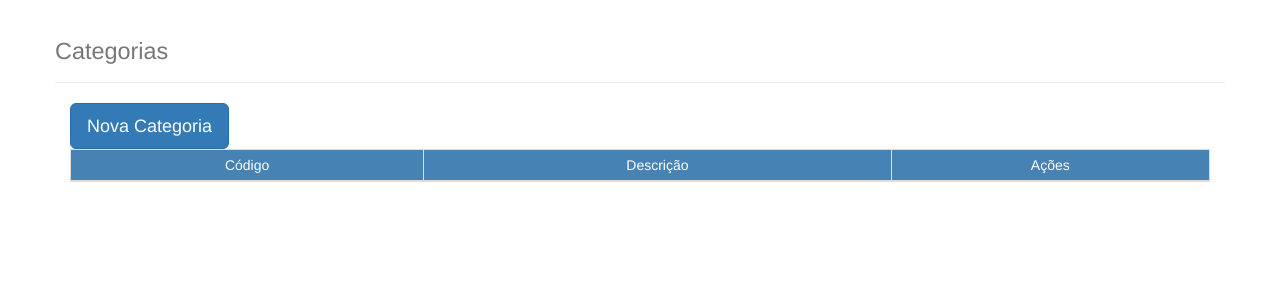
Repository: stefanyco/biblioteca
Page: http://localhost/Biblioteca/categoriaListar.jsp
An editor plug-in stored every save of this project. The page is shown before and after the next save, followed by the edit.
The browser window is 1280 px wide. The pictures show the whole page.
The page is served by Tomcat 9. Other server files are loaded and not shown. Queries for data that is not in the repository find no rows.

Above is the page before, as saved 2016-11-13 13:01:56.

### Sistema Biblioteca/Biblioteca/WebContent/categoriaListar.jsp
<%@page import="biblioteca.dao.CategoriaDAO"%>
<%@page import="biblioteca.entities.Categoria"%>
<%@page import="java.util.List"%>
<%@ page language="java" contentType="text/html; charset=ISO-8859-1"
	pageEncoding="ISO-8859-1"%>
<!DOCTYPE html PUBLIC "-//W3C//DTD HTML 4.01 Transitional//EN" "http://www.w3.org/TR/html4/loose.dtd">
<html>
<head>
<meta http-equiv="Content-Type" content="text/html; charset=ISO-8859-1">
<link href="bootstrap.min.css" rel="stylesheet">
<title>*** Categorias ***</title>
</head>
<body>
	<div class="container">
		<div class="row">
			<div class="page-header">
				<h1>
					<small>Categorias</small>
				</h1>
			</div>
			<div class="col-xs-12">
				<div class="table-responsive">
				<a href="categoriaAdicionar.jsp" class="btn btn-primary btn-lg">Nova Categoria</a>
					<table
						class="table table-bordered table-striped table-hover table-condensed">
						<thead>
							<tr style="color: white" bgcolor="SteelBlue" align="center">
								<td>Código</td>
								<td>Descrição</td>
								<td colspan="2">Ações</td>
							</tr>
						</thead>
						<%
							CategoriaDAO dao = new CategoriaDAO();
							List<Categoria> categorias = dao.listarTodos();

							for (Categoria categoria: categorias){


						%>
						<tbody>
							<tr>
								<td align="center"><%=categoria.getIdCategoria() %></td>
								<td><%=categoria.getNome() %></td>
								<td><a href="categoria?acao=editar&id=<%=categoria.getIdCategoria() %>">Alterar</a></td>
								<td>
									<a href="categoria?acao=remover&id=<%=categoria.getIdCategoria() %>">Remover</a>
								</td>
							</tr>
						</tbody>
						<%
							}
						%>
					</table>
				</div>
			</div>
		</div>
	</div>
</body>
</html>

### Sistema Biblioteca/Biblioteca/src/biblioteca/dao/GenericDAO.java
package biblioteca.dao;

import java.util.List;

public interface GenericDAO <T>{

	void inserir(T obj);
	void alterar(T obj);
	void deletar(Integer id);

	List<T> listarTodos() throws Exception;
	T buscarPorId(Integer id);
	List<T> buscaLike(String param);

}

### Sistema Biblioteca/Biblioteca/src/biblioteca/dao/CategoriaDAO.java
package biblioteca.dao;

import java.sql.Connection;
import java.sql.PreparedStatement;
import java.sql.ResultSet;
import java.util.ArrayList;
import java.util.List;
import biblioteca.config.Factory;
import biblioteca.entities.Categoria;

public class CategoriaDAO implements GenericDAO<Categoria>  {

	Connection connection;

	public CategoriaDAO() throws Exception {
		this.connection = new Factory().getConnection();
	}

	@Override
	public void inserir(Categoria categoria) {
		try
		{
			String sql = "INSERT INTO TB_CATEGORIA" + "(NOME)" + " VALUES (?)";

			PreparedStatement statement = connection.prepareStatement(sql);
			statement.setString(1, categoria.getNome());

			statement.execute();
			statement.close();
		}
		catch (Exception e) {
			e.printStackTrace();
		}
	}

	@Override
	public void alterar(Categoria categoria) {
		try
		{
			String sql = "UPDATE  TB_CATEGORIA "
					+ " SET NOME = ? "
					+ " WHERE ID_CATEGORIA = ? ";

			PreparedStatement statement = connection.prepareStatement(sql);
			statement.setString(1, categoria.getNome());
			statement.setInt(2, categoria.getIdCategoria());

			statement.execute();
			statement.close();
		}
		catch (Exception e) {
			e.printStackTrace();
		}
	}

	@Override
	public void deletar(Integer id) {
		try
		{
			String sql = "DELETE FROM  TB_CATEGORIA "
					+ " WHERE ID_CATEGORIA = ?";

			PreparedStatement statement = connection.prepareStatement(sql);
			statement.setInt(1, id);

			statement.execute();
			statement.close();
		}
		catch (Exception e) {
			e.printStackTrace();
		}

	}

	@Override
	public List<Categoria> listarTodos() {
		List<Categoria> listaCategorias = new ArrayList<Categoria>();

		try
		{
			String sql = "SELECT * FROM TB_CATEGORIA";

			PreparedStatement statement = connection.prepareStatement(sql);
			ResultSet resultSet = statement.executeQuery();

			while (resultSet.next()) {
				Categoria cat = new Categoria();

				cat.setIdCategoria(resultSet.getInt("ID_CATEGORIA"));
				cat.setNome(resultSet.getString("NOME"));

				listaCategorias.add(cat);

			}

			resultSet.close();
			statement.close();

		}
		catch (Exception e) {
			e.printStackTrace();
		}
		return listaCategorias;
	}

	@Override
	public Categoria buscarPorId(Integer id) {
		Categoria cat = null;

		try
		{
			String sql = "SELECT * FROM TB_CATEGORIA "
					+ " WHERE ID_CATEGORIA = ?";

			PreparedStatement statement = connection.prepareStatement(sql);
			statement.setInt(1, id);

			ResultSet resultSet = statement.executeQuery();

			if (resultSet.next()) {
				cat = new Categoria();

				cat.setIdCategoria(resultSet.getInt("ID_CATEGORIA"));
				cat.setNome(resultSet.getString("NOME"));
			}

			statement.execute();
			statement.close();
			resultSet.close();
		}
		catch (Exception e) {
			e.printStackTrace();
		}

		return cat;
	}

	@Override
	public List<Categoria> buscaLike(String param) {
		List<Categoria> listaCategorias = new ArrayList<Categoria>();

		try
		{
			String sql = "SELECT * FROM TB_CATEGORIA "
					+ " WHERE NOME LIKE ?%";

			PreparedStatement statement = connection.prepareStatement(sql);
			statement.setString(1, param);
			ResultSet resultSet = statement.executeQuery();

			while (resultSet.next()) {
				Categoria cat = new Categoria();

				cat.setIdCategoria(resultSet.getInt("ID_CATEGORIA"));
				cat.setNome(resultSet.getString("NOME"));

				listaCategorias.add(cat);

			}

			resultSet.close();
			statement.close();

		}
		catch (Exception e) {
			e.printStackTrace();
		}
		return listaCategorias;
	}



}

### Sistema Biblioteca/Biblioteca/src/biblioteca/config/Factory.java
package biblioteca.config;


import java.sql.Connection;
import java.sql.DriverManager;
import java.sql.SQLException;

public class Factory {

	public Connection getConnection() throws SQLException, Exception{
		Class.forName("com.mysql.jdbc.Driver");

		Connection connection = DriverManager.getConnection("jdbc:mysql://localhost/DB_BIBLIOTECA", "root", "1234");
		return connection;
	}

}

Loaded but not shown: Sistema Biblioteca/Biblioteca/WebContent/bootstrap.min.css (library)

After the next save:
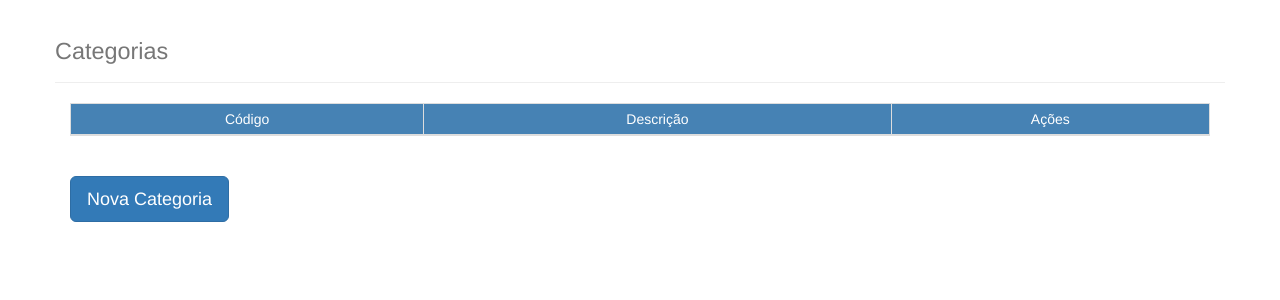
Saved 92 s later.
--- a/Sistema Biblioteca/Biblioteca/WebContent/categoriaListar.jsp
+++ b/Sistema Biblioteca/Biblioteca/WebContent/categoriaListar.jsp
@@ -20,7 +20,6 @@
 			</div>
 			<div class="col-xs-12">
 				<div class="table-responsive">
-				<a href="categoriaAdicionar.jsp" class="btn btn-primary btn-lg">Nova Categoria</a>
 					<table
 						class="table table-bordered table-striped table-hover table-condensed">
 						<thead>
@@ -52,6 +51,8 @@
 							}
 						%>
 					</table>
+					<br/>
+					<a href="categoriaAdicionar.jsp" class="btn btn-primary btn-lg">Nova Categoria</a>
 				</div>
 			</div>
 		</div>
